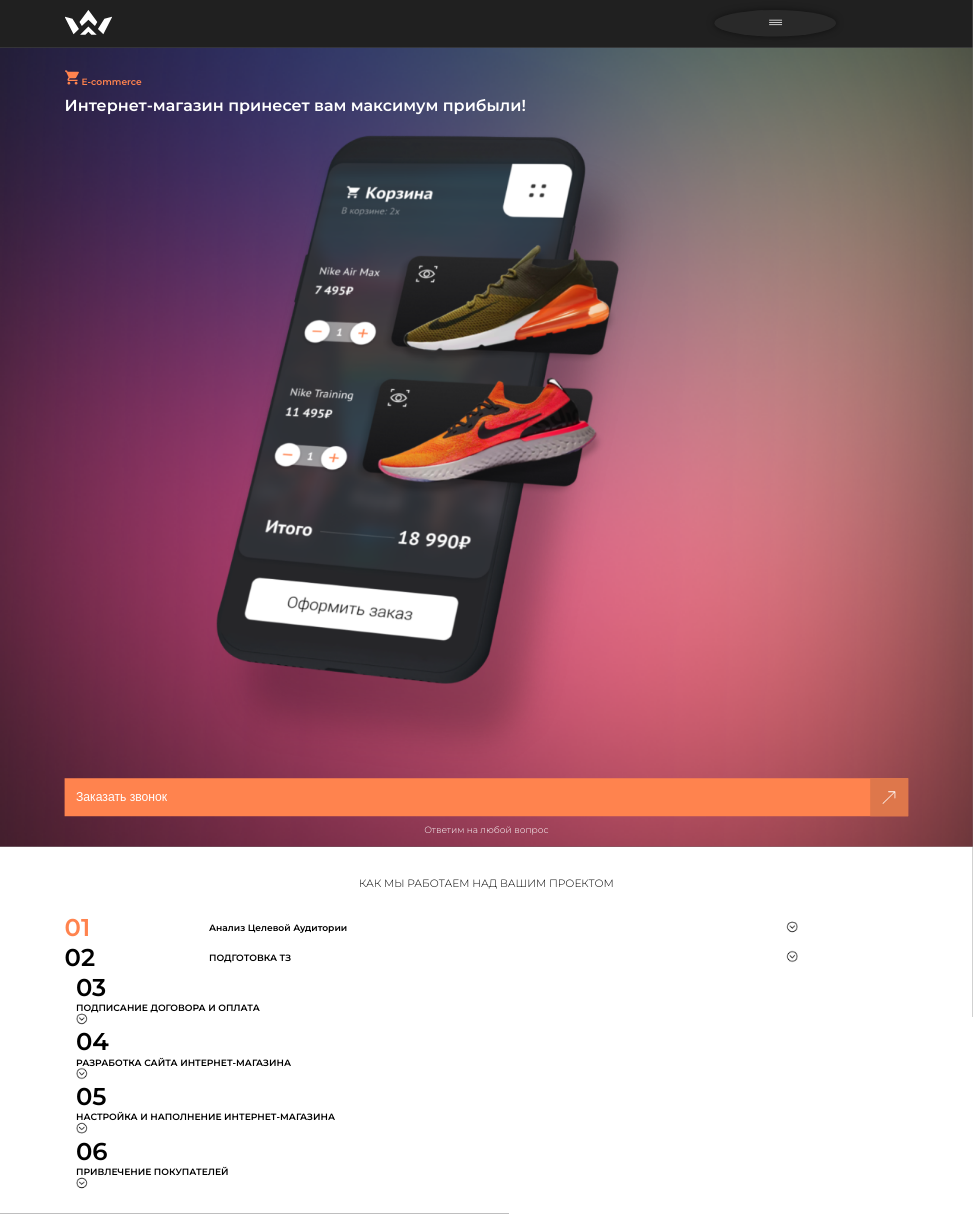
Repository: Gabi0605/my-tests
Page: web_alternative/index.html
An editor plug-in stored every save of this project. The page is shown before and after the next save, followed by the edit.
The browser window is 1280 px wide. The pictures show the whole page, at 76% of full size.
The style sheet was rebuilt from its Sass, Less or Tailwind sources for each picture, by a compiler version that may differ from the author's.

Above is the page before, as saved 2020-01-19 20:31:55.

After the next save:
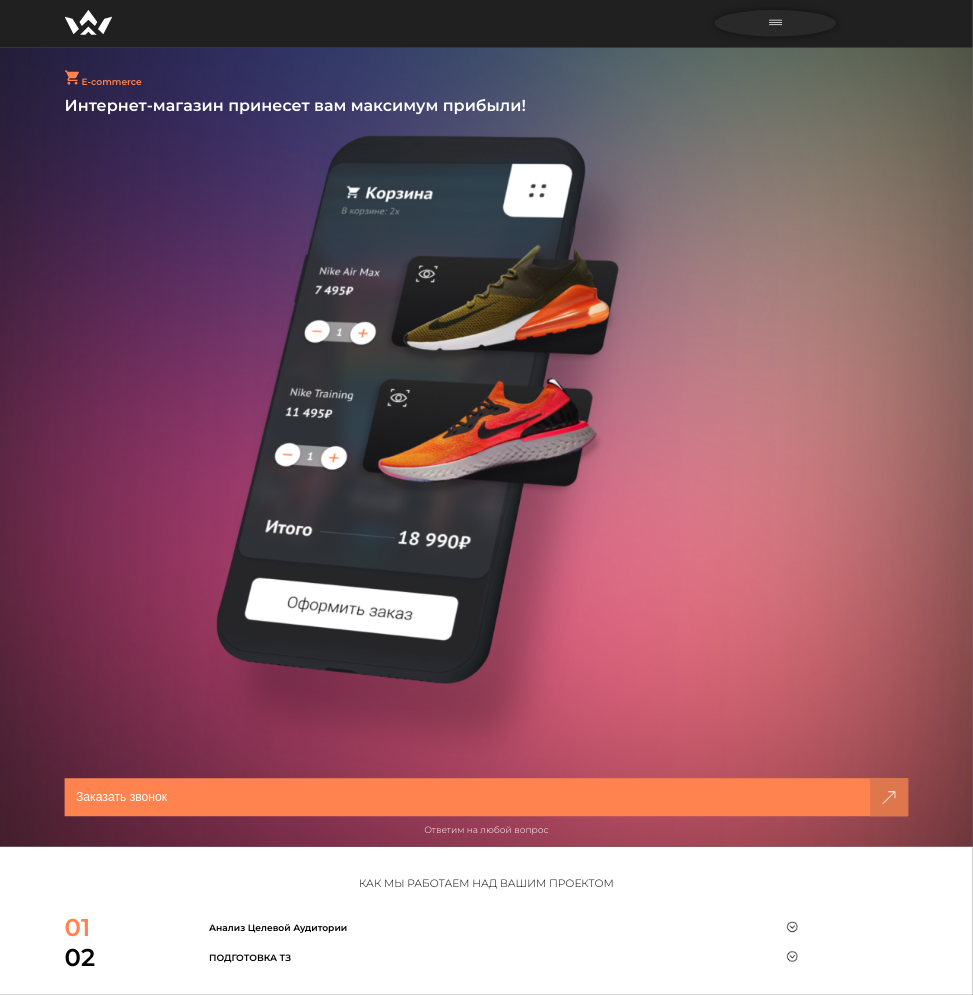
Saved 12 s later.
--- a/web_alternative/index.html
+++ b/web_alternative/index.html
@@ -76,42 +76,7 @@
                     </div>
                 </div>
             </div>
-                <div class="item">
-                    <div class="col-2 item__number">03</div>
-                    <div class="col-8 item__p">
-                        <p>Подписание договора и оплата</p>
-                    </div>
-                    <div class="col-2 item__btn">
-                        <button><img src="img/arrow-down.png" alt=""></button>
-                    </div>
-                </div>
-                <div class="item">
-                    <div class="col-2 item__number">04</div>
-                    <div class="col-8 item__p">
-                        <p>Разработка сайта интернет-магазина</p>
-                    </div>
-                    <div class="col-2 item__btn">
-                        <button><img src="img/arrow-down.png" alt=""></button>
-                    </div>
-                </div>
-                <div class="item">
-                    <div class="col-2 item__number">05</div>
-                    <div class="col-8 item__p">
-                        <p>Настройка и наполнение интернет-магазина</p>
-                    </div>
-                    <div class="col-2 item__btn">
-                        <button><img src="img/arrow-down.png" alt=""></button>
-                    </div>
-                </div>
-                <div class="item">
-                    <div class="col-2 item__number">06</div>
-                    <div class="col-8 item__p">
-                        <p>Привлечение покупателей</p>
-                    </div>
-                    <div class="col-2 item__btn">
-                        <button><img src="img/arrow-down.png" alt=""></button>
-                    </div>
-                </div>
+
             </div>
         </div>
     </div>
